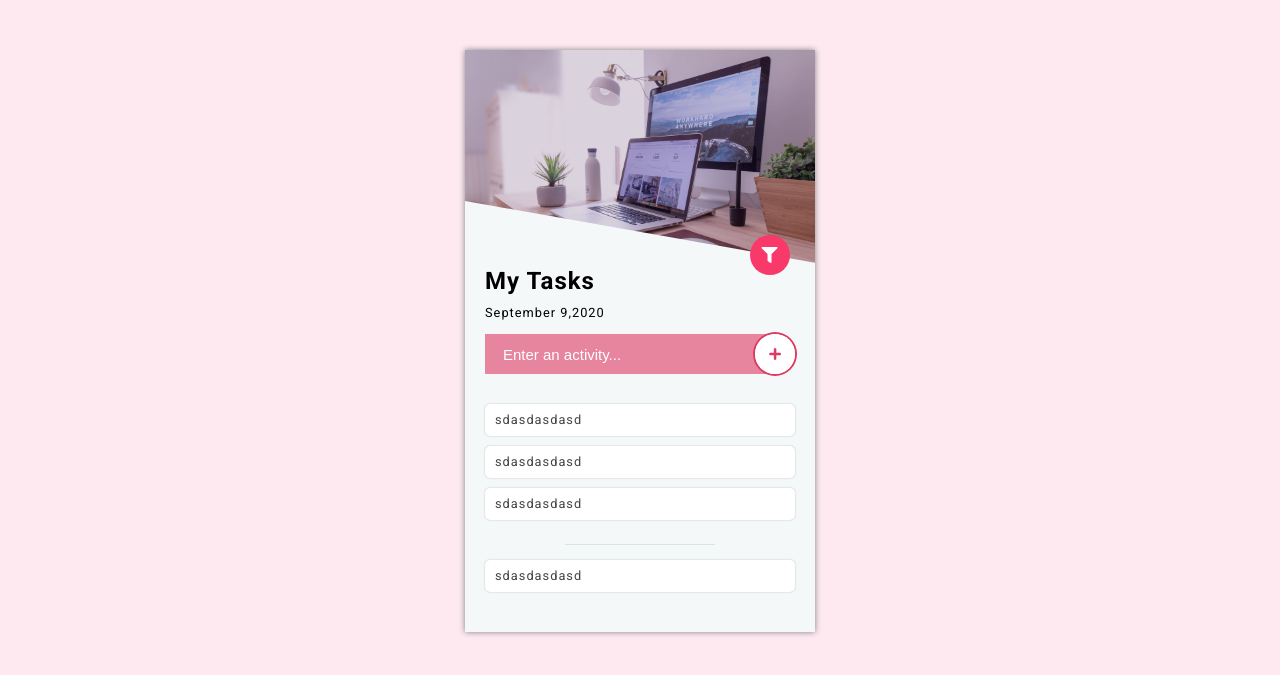
Repository: Khoi300399/BC35E_ES6-B4_MaThanhKhoi
Page: index.html
These files come from the project's save history. The page is drawn as it stood at one moment and after the next save; the edit follows.
The browser window is 1280 px wide. The pictures show the whole page.
Some web libraries are served in a nearby version.

Above is the page before, as saved 2022-10-25 21:58:35.

After the next save:
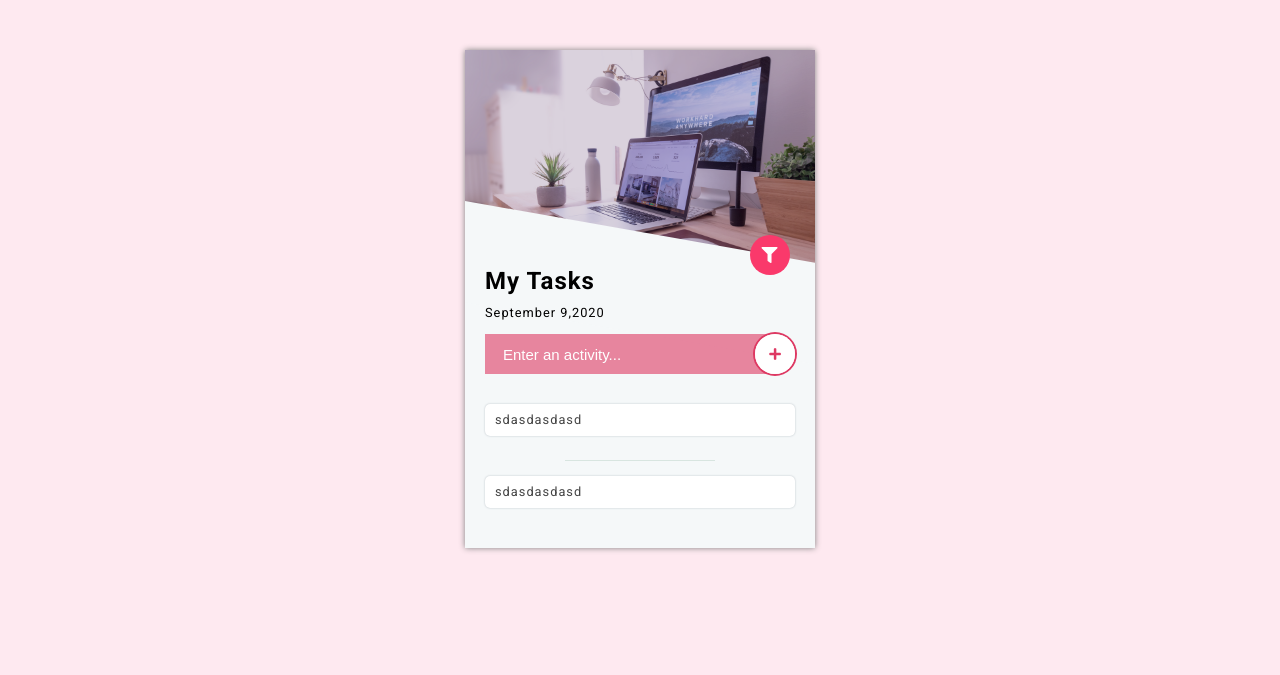
Saved 3 min 45 s later.
--- a/index.html
+++ b/index.html
@@ -53,9 +53,10 @@
           <div class="card__todo">
             <!-- Uncompleted tasks -->
             <ul class="todo" id="todo">
-              <li>sdasdasdasd</li>
-              <li>sdasdasdasd</li>
-              <li>sdasdasdasd</li>
+              <li>
+                sdasdasdasd
+                <a href="#" class="button"></a>
+              </li>
             </ul>
             <!-- Completed tasks -->
             <ul class="todo" id="completed">
